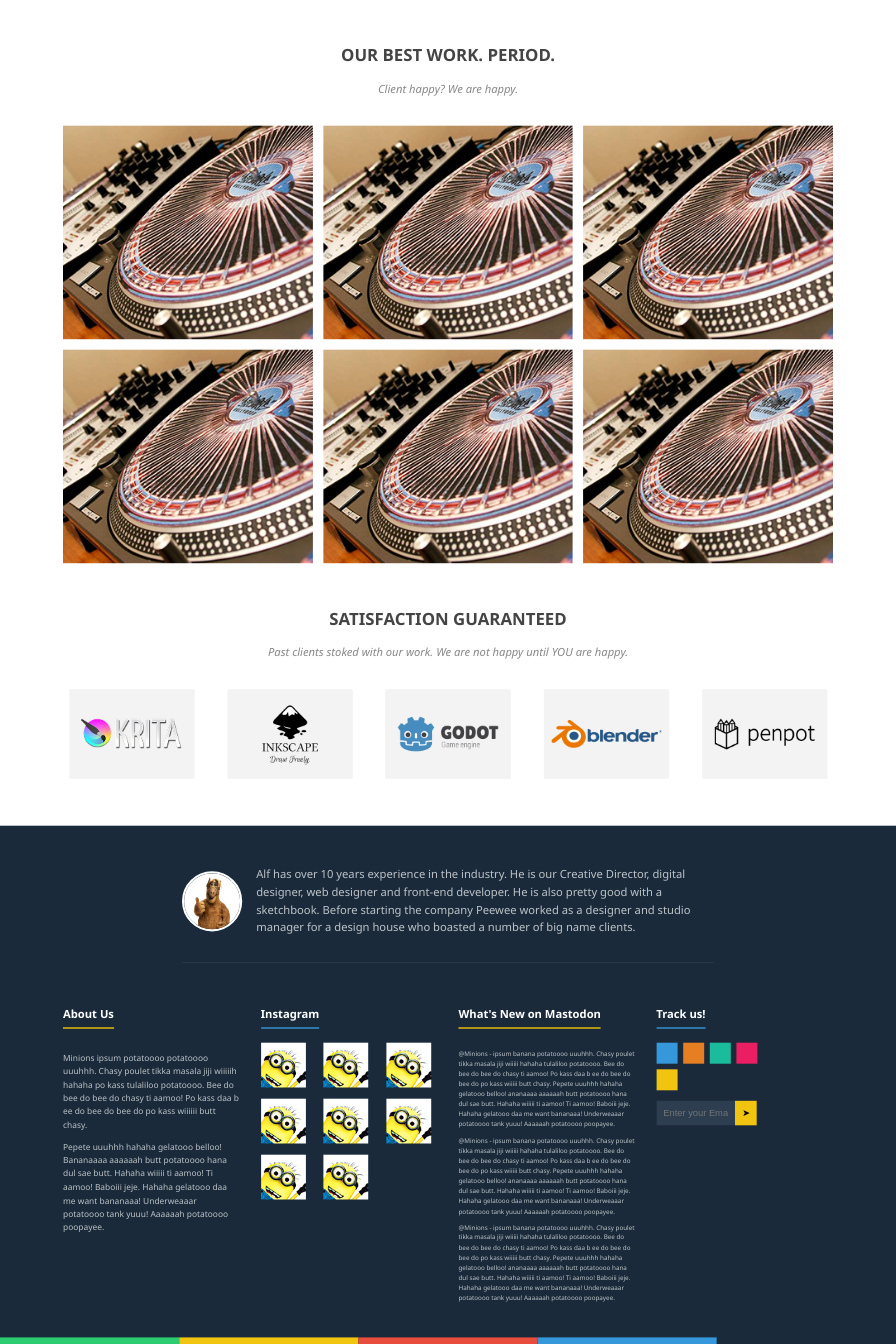
Repository: DavidYoo5/Project-1-Lab-2B-Assignment
Page: Project-1-Lab-2B-Assignment/index.html
The author's editor kept a copy of each file at every save. The page is drawn from the files as they stood at one save, then again after the next save.
The browser window is 1280 px wide. The pictures show the part of the page from y = 1922 to 3842 px (the page is 3842 px tall), at 70% of full size.

Above is the page before, as saved 2026-01-28 15:22:45.

### Project-1-Lab-2B-Assignment/index.html
<!doctype html>
<html lang="en">
  <head>
    <meta charset="utf-8" />
    <meta name="viewport" content="width=device-width, initial-scale=1" />
    <title>Metrolics</title>
    <!-- <link rel="stylesheet" href="css/style.css"> -->
    <meta name="description" content="website for lab 2" />
    <link rel="stylesheet" href="style.css" />

    <!-- <meta property="og:title" content="">
  <meta property="og:type" content="">
  <meta property="og:url" content="">
  <meta property="og:image" content="">
  <meta property="og:image:alt" content="">

  <link rel="icon" href="/favicon.ico" sizes="any">
  <link rel="icon" href="/icon.svg" type="image/svg+xml">
  <link rel="apple-touch-icon" href="icon.png">
   <script src="js/app.js"></script>


  <link rel="manifest" href="site.webmanifest"> -->
    <meta name="theme-color" content="#fafafa" />
  </head>

  <body>
    <header class="site-header">
      <div class="header-container">
        <div class="logoAndHeading">
          <h1>Metrolics</h1>
          <div class="logo-vectors">
            <svg
              id="Layer_2"
              data-name="Layer 2"
              xmlns="http://www.w3.org/2000/svg"
              viewBox="0 0 111.31 111.31"
            >
              <defs>
                <style>
                  .cls-1 {
                    fill: #1691bd;
                  }

                  .cls-1,
                  .cls-2,
                  .cls-3,
                  .cls-4 {
                    fill-rule: evenodd;
                  }

                  .cls-2 {
                    fill: #25c389;
                  }

                  .cls-3 {
                    fill: #de6262;
                  }

                  .cls-4 {
                    fill: #ffb901;
                  }
                </style>
              </defs>
              <g id="Layer_1-2" data-name="Layer 1">
                <path class="cls-4" d="M74.21,0h37.1v37.1h-37.1V0Z" />
                <path class="cls-2" d="M0,0h37.1v37.1H0V0Z" />
                <path class="cls-1" d="M37.1,37.1h37.1v37.1h-37.1v-37.1Z" />
                <path class="cls-4" d="M0,74.21h37.1v37.1H0v-37.1Z" />
                <path class="cls-3" d="M74.21,74.21h37.1v37.1h-37.1v-37.1Z" />
              </g>
            </svg>
          </div>
        </div>
        <div class="main-nav-container">
          <nav class="main-nav">
            <a href="#" class="nav-home">Home ></a>
            <a href="#" class="nav-portfolio">Portfolio ></a>
            <a href="#" class="nav-blog">Blog ></a>
            <a href="#" class="nav-quo">Quo Vadis? ></a>
            <a href="#" class="nav-chat">Let's Chat ></a>
          </nav>
        </div>
      </div>
    </header>

    <section class="hero">
      <div class="hero-content">
        <h1 class="hero-title">Metro Style</h1>
        <h2 class="hero-subtitle">Quick on the feet</h2>
        <h3 class="hero-tagline">Metro Styling reinvented</h3>
      </div>
      <img
        src="img/00c1b9f08d738d1023baf2062988c56225701209.png"
        alt="Hero Image"
        class="hero-img"
      />
    </section>

    <section class="intro">
      <h2>Hi folks! We are the <span>Metrolics</span> design studio.</h2>
      <p>With our help, the sky's the limit to express your creativity!</p>
    </section>

    <section class="services">
      <div class="section-heading pink-border">
        <h3>Things That We Do</h3>
        <p>Full service design solutions</p>
      </div>
      <div class="services-grid">
        <div class="service-item">
          <div class="icon-box yellow">💡</div>
          <h4>Web Solutions</h4>
          <p>
            We are a fairly small, flexible design studio that designs for print
            and web. We work flexibly with clients.
          </p>
        </div>
        <div class="service-item">
          <div class="icon-box green">📷</div>
          <h4>Photography</h4>
          <p>
            We are a fairly small, flexible design studio that designs for print
            and web. We work flexibly with clients.
          </p>
        </div>
        <div class="service-item">
          <div class="icon-box red">☝️</div>
          <h4>App Development</h4>
          <p>
            We are a fairly small, flexible design studio that designs for print
            and web. We work flexibly with clients.
          </p>
        </div>
        <div class="service-item">
          <div class="icon-box blue">✏️</div>
          <h4>UX Design</h4>
          <p>
            We are a fairly small, flexible design studio that designs for print
            and web. We work flexibly with clients.
          </p>
        </div>
      </div>
    </section>

    <section class="blog">
      <div class="section-heading">
        <h3>What's Up Lately?</h3>
        <p>Read up on our latest work</p>
      </div>
      <div class="blog-grid">
        <div class="blog-card">
          <img
            src="img/9d8936101658556ea729473327b08b9089fea2ca.png"
            alt="Blog"
          />
          <div class="blog-info">
            Sample Image Post <span>Photography</span>
          </div>
        </div>
        <div class="blog-card">
          <img
            src="img/9d8936101658556ea729473327b08b9089fea2ca.png"
            alt="Blog"
          />
          <div class="blog-info">
            Sample Image Post <span>Photography</span>
          </div>
        </div>
        <div class="blog-card">
          <img
            src="img/9d8936101658556ea729473327b08b9089fea2ca.png"
            alt="Blog"
          />
          <div class="blog-info">
            Sample Image Post <span>Photography</span>
          </div>
        </div>
      </div>
    </section>

    <section class="portfolio">
      <div class="section-heading">
        <h3>Our Best Work. Period.</h3>
        <p>Client happy? We are happy.</p>
      </div>
      <div class="portfolio-grid">
        <img
          src="img/9d8936101658556ea729473327b08b9089fea2ca.png"
          alt="Work"
        />
        <img
          src="img/9d8936101658556ea729473327b08b9089fea2ca.png"
          alt="Work"
        />
        <img
          src="img/9d8936101658556ea729473327b08b9089fea2ca.png"
          alt="Work"
        />
        <img
          src="img/9d8936101658556ea729473327b08b9089fea2ca.png"
          alt="Work"
        />
        <img
          src="img/9d8936101658556ea729473327b08b9089fea2ca.png"
          alt="Work"
        />
        <img
          src="img/9d8936101658556ea729473327b08b9089fea2ca.png"
          alt="Work"
        />
      </div>
    </section>

    <section class="clients">
      <div class="section-heading">
        <h3>Satisfaction Guaranteed</h3>
        <p>
          Past clients stoked with our work. We are not happy until YOU are
          happy.
        </p>
      </div>
      <div class="client-grid">
        <div class="client-box"><img src="Client-Krita.png" alt="Krita" /></div>
        <div class="client-box">
          <img src="img/Client-Inkscape.png" alt="Inkscape" />
        </div>
        <div class="client-box"><img src="Client-Godot.png" alt="Godot" /></div>
        <div class="client-box">
          <img src="img/Client-Blender.png" alt="Blender" />
        </div>
        <div class="client-box">
          <img src="img/Client-Penpot.png" alt="Penpot" />
        </div>
      </div>
    </section>

    <footer class="site-footer">
      <div class="footer-top">
        <img
          src="img/87e668f15f35aacbb73c4f1a013d22e3d90bf0ea.png"
          alt="Alf"
          class="footer-avatar"
        />
        <p>
          Alf has over 10 years experience in the industry. He is our Creative
          Director, digital designer, web designer and front-end developer. He
          is also pretty good with a sketchbook. Before starting the company
          Peewee worked as a designer and studio manager for a design house who
          boasted a number of big name clients.
        </p>
      </div>

      <div class="footer-main">
        <div class="footer-col">
          <h4 class="footer-h yellow-underline">About Us</h4>
          <p class="about-us-p">
            Minions ipsum potatoooo potatoooo uuuhhh. Chasy poulet tikka masala
            jiji wiiiiih hahaha po kass tulaliloo potatoooo. Bee do bee do bee
            do chasy ti aamoo! Po kass daa b ee do bee do bee do po kass wiiiiii
            butt chasy.
          </p>
          <p class="about-us-p">
            Pepete uuuhhh hahaha gelatooo belloo! Bananaaaa aaaaaah butt
            potatoooo hana dul sae butt. Hahaha wiiiii ti aamoo! Ti aamoo!
            Baboiii jeje. Hahaha gelatooo daa me want bananaaa! Underweaaar
            potatoooo tank yuuu! Aaaaaah potatoooo poopayee.
          </p>
        </div>
        <div class="footer-col">
          <h4 class="footer-h blue-underline">Instagram</h4>
          <div class="insta-grid">
            <img
              src="img/a1e67b2d3c8bb07d5fb83b2f349484c7c0fd2724.png"
              alt="insta"
            />
            <img
              src="img/a1e67b2d3c8bb07d5fb83b2f349484c7c0fd2724.png"
              alt="insta"
            />
            <img
              src="img/a1e67b2d3c8bb07d5fb83b2f349484c7c0fd2724.png"
              alt="insta"
            />
            <img
              src="img/a1e67b2d3c8bb07d5fb83b2f349484c7c0fd2724.png"
              alt="insta"
            />
            <img
              src="img/a1e67b2d3c8bb07d5fb83b2f349484c7c0fd2724.png"
              alt="insta"
            />
            <img
              src="img/a1e67b2d3c8bb07d5fb83b2f349484c7c0fd2724.png"
              alt="insta"
            />
            <img
              src="img/a1e67b2d3c8bb07d5fb83b2f349484c7c0fd2724.png"
              alt="insta"
            />
            <img
              src="img/a1e67b2d3c8bb07d5fb83b2f349484c7c0fd2724.png"
              alt="insta"
            />
          </div>
        </div>
        <div class="footer-mastodon">
          <h4 class="footer-h yellow-underline">What's New on Mastodon</h4>
          <p class="mastodon-p">
            <span>@Minions</span> - ipsum banana potatoooo uuuhhh. Chasy poulet
            tikka masala jiji wiiiii hahaha tulaliloo potatoooo. Bee do bee do
            bee do chasy ti aamoo! Po kass daa b ee do bee do bee do po kass
            wiiiii butt chasy. Pepete uuuhhh hahaha gelatooo belloo! ananaaaa
            aaaaaah butt potatoooo hana dul sae butt. Hahaha wiiiii ti aamoo! Ti
            aamoo! Baboiii jeje. Hahaha gelatooo daa me want bananaaa!
            Underweaaar potatoooo tank yuuu! Aaaaaah potatoooo poopayee.
          </p>
          <p class="mastodon-p">
            <span>@Minions</span> - ipsum banana potatoooo uuuhhh. Chasy poulet
            tikka masala jiji wiiiii hahaha tulaliloo potatoooo. Bee do bee do
            bee do chasy ti aamoo! Po kass daa b ee do bee do bee do po kass
            wiiiii butt chasy. Pepete uuuhhh hahaha gelatooo belloo! ananaaaa
            aaaaaah butt potatoooo hana dul sae butt. Hahaha wiiiii ti aamoo! Ti
            aamoo! Baboiii jeje. Hahaha gelatooo daa me want bananaaa!
            Underweaaar potatoooo tank yuuu! Aaaaaah potatoooo poopayee.
          </p>
          <p class="mastodon-p">
            <span>@Minions</span> - ipsum banana potatoooo uuuhhh. Chasy poulet
            tikka masala jiji wiiiii hahaha tulaliloo potatoooo. Bee do bee do
            bee do chasy ti aamoo! Po kass daa b ee do bee do bee do po kass
            wiiiii butt chasy. Pepete uuuhhh hahaha gelatooo belloo! ananaaaa
            aaaaaah butt potatoooo hana dul sae butt. Hahaha wiiiii ti aamoo! Ti
            aamoo! Baboiii jeje. Hahaha gelatooo daa me want bananaaa!
            Underweaaar potatoooo tank yuuu! Aaaaaah potatoooo poopayee.
          </p>
        </div>

        <div class="footer-track-us">
          <h4 class="footer-h blue-underline">Track us!</h4>
          <div class="social-squares">
            <div class="sq blue"></div>
            <div class="sq orange"></div>
            <div class="sq cyan"></div>
            <div class="sq pink"></div>
            <div class="sq gold"></div>
          </div>

          <div class="newsletter">
            <input type="text" placeholder="Enter your Email..." />
            <button>➤</button>
          </div>
        </div>
      </div>
      <div class="footer-bottom-bar">
        <div class="bar-green"></div>
        <div class="bar-yellow"></div>
        <div class="bar-red"></div>
        <div class="bar-blue"></div>
        <div class="bar-dark"></div>
      </div>
    </footer>
  </body>
</html>

### Project-1-Lab-2B-Assignment/style.css
/* --- Body --- */

body {
  font-family: "Segoe UI", Tahoma, Geneva, Verdana, sans-serif;
  color: #444;
  line-height: 1.6;
  text-align: center;
  height: 100vh;
  width: 100vw;
  margin: 0px;
}

/* --- Header & Nav --- */
.site-header {
  background: #fff;
  padding-left: 10;
}

.header-container {
  max-width: 1100px;
  margin: 0 auto;
  display: flex;
  justify-content: space-between;
  align-items: center;
}

.logoAndHeading {
  font-size: 24px;
  font-weight: bold;
  color: #333;
  display: flex;
  flex-direction: row;
  align-items: center;
  gap: 20px;
}

.logo-vectors {
  display: inline-block;
  width: 20px;
  height: 20px;
  margin-left: 2px;
}

.main-nav a {
  text-decoration: none;
  color: white;
  font-size: 14px;
  font-weight: bold;
}

.nav-home {
  background-color: #2ecc71;
  padding: 0;
  margin: 0;
}

.nav-portfolio {
  background-color: #f1c40f;
  padding: 0;
  margin: 0;
}

.nav-blog {
  background-color: #e74c3c;
  padding: 0;
  margin: 0;
}

.nav-quo {
  background-color: #3498db;
  padding: 0;
  margin: 0;
}

.nav-chat {
  background-color: #34495e;
  padding: 0;
  margin: 0;
}

/* --- Hero Section --- */
.hero {
  position: relative;
  height: 500px;
  overflow: hidden;
}

.hero-img {
  width: 100%;
  height: 100%;
  object-fit: cover;
}

.hero-content {
  position: absolute;
  top: 50%;
  left: 15%;
  transform: translateY(-50%);
  text-align: left;
  z-index: 2;
}

.hero-content h1,
.hero-content h2,
.hero-content h3 {
  background: white;
  padding: 10px 20px;
  margin-bottom: 10px;
  display: table;
  font-weight: normal;
  box-shadow: 2px 2px 5px rgba(0, 0, 0, 0.1);
}

.hero-title {
  border-left: 5px solid #3498db;
  font-size: 28px;
}

.hero-subtitle {
  border-left: 5px solid #e74c3c;
  font-size: 22px;
}

.hero-tagline {
  border-left: 5px solid #f1c40f;
  font-size: 18px;
}

/* --- Sections Common --- */
section {
  max-width: 1100px;
  margin: 60px auto;
  padding: 0 20px;
}

.section-heading {
  margin-bottom: 40px;
}

.section-heading h3 {
  font-size: 24px;
  text-transform: uppercase;
  margin-bottom: 5px;
}

.section-heading p {
  color: #888;
  font-style: italic;
}

.pink-border {
  border: 4px solid #ff00ff;
  padding: 20px;
  display: inline-block;
  width: 100%;
}

/* --- Intro --- */
.intro h2 {
  font-size: 32px;
  font-weight: 300;
}

.intro span {
  color: #3498db;
  font-weight: bold;
}

/* --- Grids --- */
.services-grid,
.blog-grid,
.portfolio-grid,
.client-grid {
  display: grid;
  gap: 30px;
}

.services-grid {
  grid-template-columns: repeat(4, 1fr);
}

.blog-grid {
  grid-template-columns: repeat(3, 1fr);
}

.portfolio-grid {
  grid-template-columns: repeat(3, 1fr);
  gap: 15px;
}

.client-grid {
  grid-template-columns: repeat(5, 1fr);
  align-items: center;
}

/* Icons */
.icon-box {
  font-size: 40px;
  width: 80px;
  height: 80px;
  line-height: 80px;
  margin: 0 auto 20px;
  border: 2px solid;
}

.yellow {
  border-color: #f1c40f;
  color: #f1c40f;
}

.green {
  border-color: #2ecc71;
  color: #2ecc71;
}

.red {
  border-color: #e74c3c;
  color: #e74c3c;
}

.blue {
  border-color: #3498db;
  color: #3498db;
}

/* Blog Cards */
.blog-card img,
.portfolio-grid img {
  width: 100%;
  display: block;
}

.blog-info {
  background: #3498db;
  color: white;
  padding: 10px;
  text-align: left;
  font-size: 14px;
}

.blog-info span {
  float: right;
  font-size: 12px;
  opacity: 0.8;
}

/* --- Footer --- */
.site-footer {
  background: #1a2a3a;
  color: #bdc3c7;
  padding-top: 40px;
  text-align: left;
}

.footer-top {
  max-width: 760px;
  margin: 0 auto 40px;
  display: flex;
  align-items: center;
  gap: 20px;
  border-bottom: 1px solid #2c3e50;
  padding-bottom: 20px;
}

.footer-avatar {
  width: 80px;
  height: 80px;
  border-radius: 50%;
  border: 3px solid #fff;
}

.footer-main {
  max-width: 1100px;
  margin: 0 auto;
  display: grid;
  grid-template-columns: repeat(4, 1fr);
  gap: 30px;
  padding-bottom: 40px;
}


.about-us-p {
  font-size: 12px;
}

.footer-h {
  color: white;
  margin-bottom: 20px;
  padding-bottom: 5px;
  display: inline-block;
}

.yellow-underline {
  border-bottom: 2px solid #f1c40f;
}

.blue-underline {
  border-bottom: 2px solid #3498db;
}

/* Instagram Grid */
.insta-grid {
  display: grid;
  grid-template-columns: repeat(3, 1fr);
  gap: 16px;
}

.insta-grid img {
  width: 100%;
  width: 64px;
  height: 64px;
}

.footer-mastodon {
  max-width: 320px;
}

.mastodon-p {
  font-size: 9px;
}

.footer-track-us {

  max-width: 144px;
}

/* Social Squares */
.social-squares {
  display: grid;
  grid-template-columns: repeat(4, 1fr);
  gap: 8px;
  margin-bottom: 15px;
  max-width: 144px;
}

.sq {
  width: 30px;
  height: 30px;

}

.sq.blue {
  background: #3498db;
}

.sq.orange {
  background: #e67e22;
}

.sq.cyan {
  background: #1abc9c;
}

.sq.pink {
  background: #e91e63;
}

.sq.gold {
  background: #f1c40f;
}

/* Newsletter */
.newsletter {
  display: flex;
  max-width: 143.92px;
  font-size: 12px;
}

.newsletter input {
  background: #2c3e50;
  border: none;
  padding: 10px;
  color: white;
  width: 80%;
}

.newsletter button {
  background: #f1c40f;
  border: none;
  padding: 10px;
  cursor: pointer;
}

/* Bottom Color Bar */
.footer-bottom-bar {
  display: flex;
  height: 10px;
}

.footer-bottom-bar div {
  flex: 1;
}

.bar-green {
  background: #2ecc71;
}

.bar-yellow {
  background: #f1c40f;
}

.bar-red {
  background: #e74c3c;
}

.bar-blue {
  background: #3498db;
}

.bar-dark {
  background: #1a2a3a;
}

After the next save:
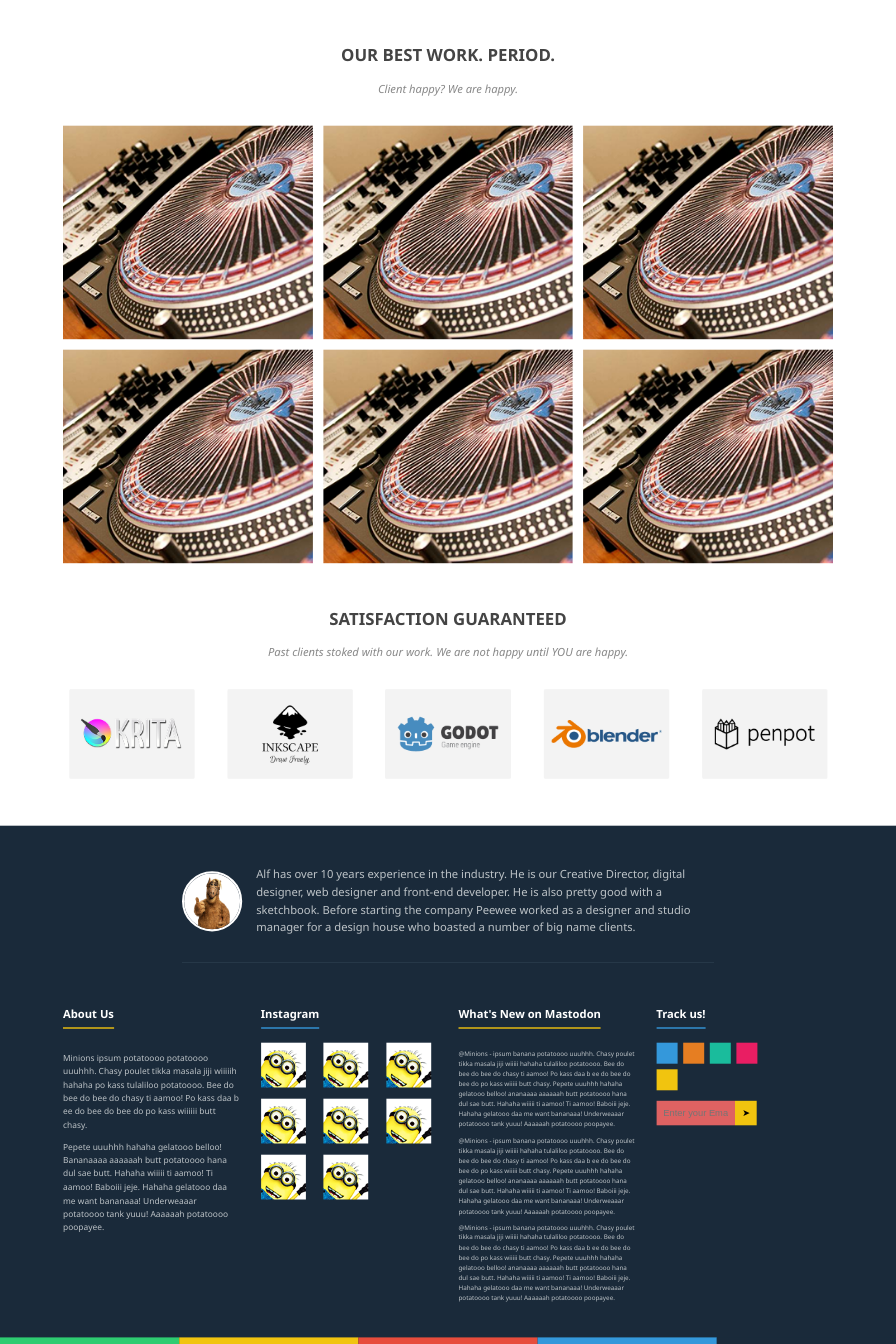
Saved 4 min 3 s later.
--- a/Project-1-Lab-2B-Assignment/style.css
+++ b/Project-1-Lab-2B-Assignment/style.css
@@ -367,7 +367,7 @@
 }
 
 .newsletter input {
-  background: #2c3e50;
+  background: #DE6262;
   border: none;
   padding: 10px;
   color: white;
